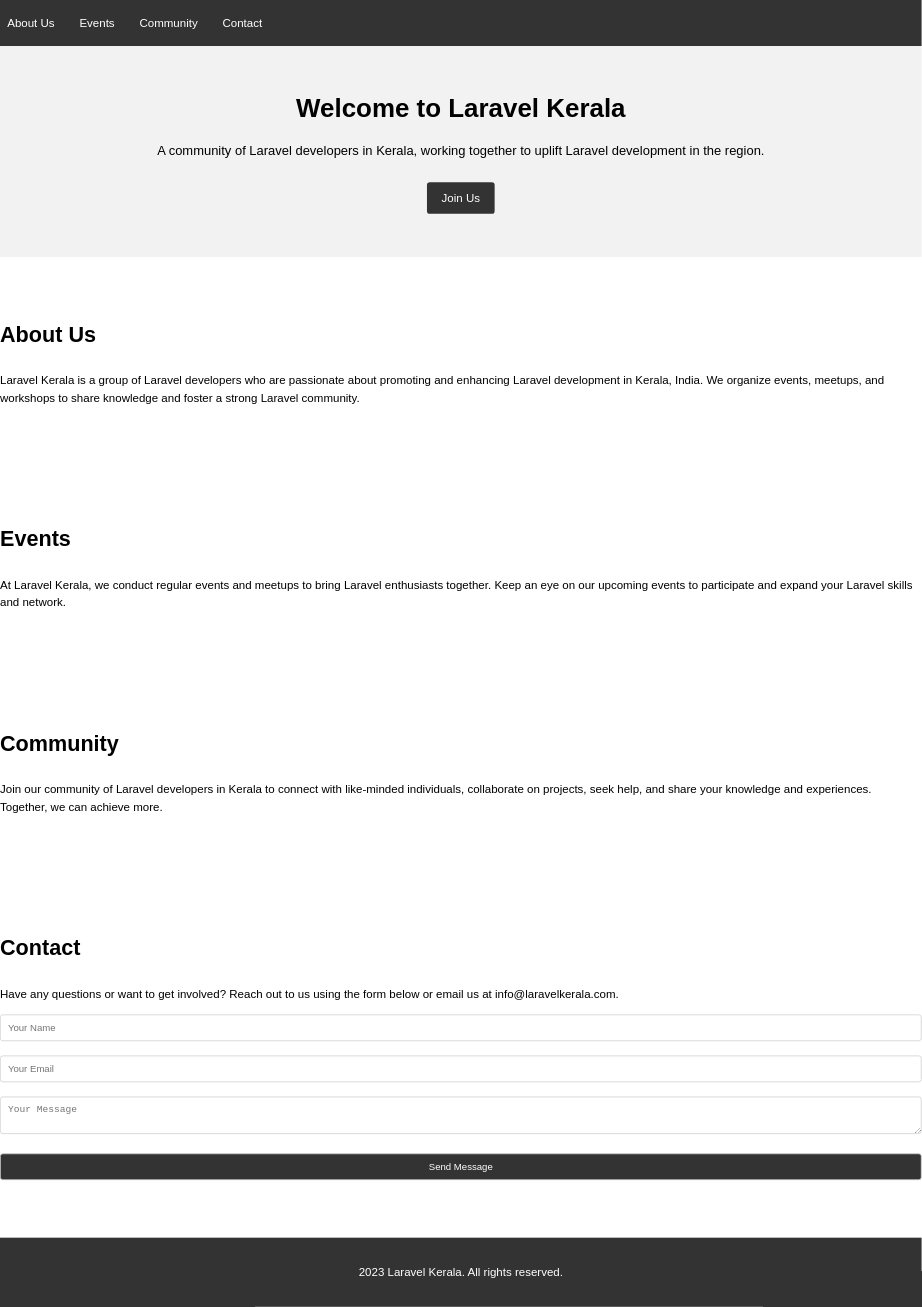
Repository: nanduldas/laravelkerala
Page: index.html
The author's editor kept a copy of each file at every save. The page is drawn from the files as they stood at one save, then again after the next save.
The browser window is 1280 px wide. The pictures show the whole page, at 72% of full size.

Above is the page before, as saved 2023-07-08 12:50:06.

After the next save:
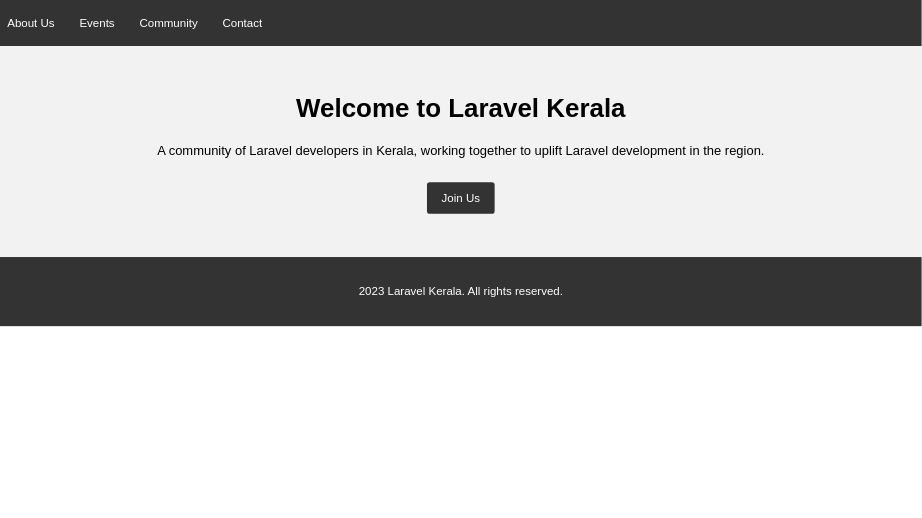
Saved 7 s later.
--- a/index.html
+++ b/index.html
@@ -23,39 +23,7 @@
         <a href="#contact" class="btn">Join Us</a>
     </section>
 
-    <section id="about">
-        <h2>About Us</h2>
-        <p>
-            Laravel Kerala is a group of Laravel developers who are passionate about promoting and enhancing Laravel development in Kerala, India. We organize events, meetups, and workshops to share knowledge and foster a strong Laravel community.
-        </p>
-    </section>
 
-    <section id="events">
-        <h2>Events</h2>
-        <p>
-            At Laravel Kerala, we conduct regular events and meetups to bring Laravel enthusiasts together. Keep an eye on our upcoming events to participate and expand your Laravel skills and network.
-        </p>
-    </section>
-
-    <section id="community">
-        <h2>Community</h2>
-        <p>
-            Join our community of Laravel developers in Kerala to connect with like-minded individuals, collaborate on projects, seek help, and share your knowledge and experiences. Together, we can achieve more.
-        </p>
-    </section>
-
-    <section id="contact">
-        <h2>Contact</h2>
-        <p>
-            Have any questions or want to get involved? Reach out to us using the form below or email us at info@laravelkerala.com.
-        </p>
-        <form action="submit.php" method="POST"> <!-- Replace "submit.php" with the actual PHP script to handle the form submission -->
-            <input type="text" name="name" placeholder="Your Name" required>
-            <input type="email" name="email" placeholder="Your Email" required>
-            <textarea name="message" placeholder="Your Message" required></textarea>
-            <button type="submit">Send Message</button>
-        </form>
-    </section>
 
     <footer>
         <p><script>
